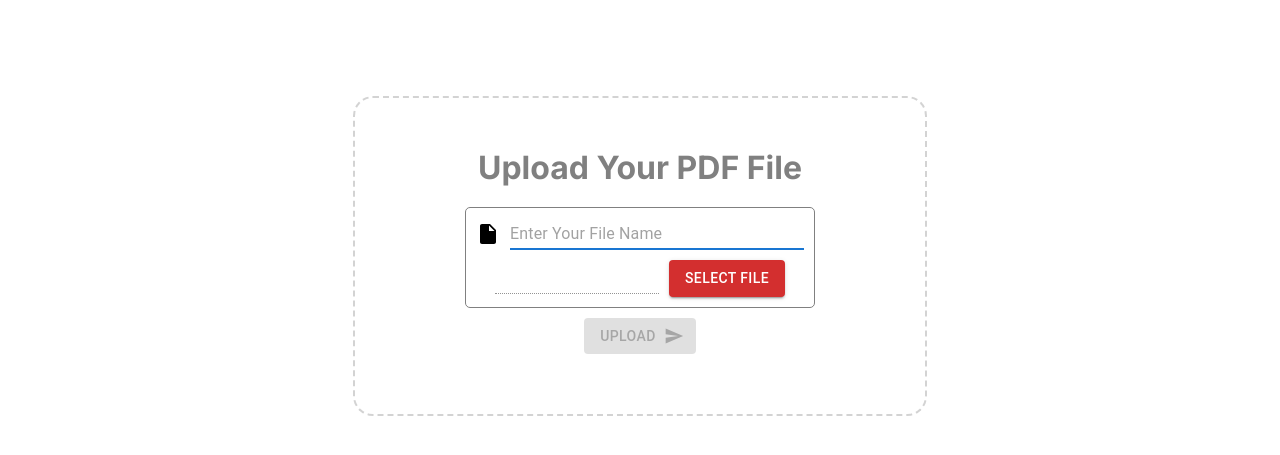
Repository: BhushanPatil-121/pdf-upload-nextjs
Page: /
The author's editor kept a copy of each file at every save. The page is drawn from the files as they stood at one save, then again after the next save.
The browser window is 1280 px wide. The pictures show the whole page.
The project was rebuilt for these pictures with package versions that can differ from the ones it lists, and the page was loaded fresh each time. The framework's server and built-in components were replaced by stand-ins that run in the browser. Also part of the build but not shown: next.config.mjs.

Above is the page before, as saved 2024-02-29 11:10:05.

After the next save:
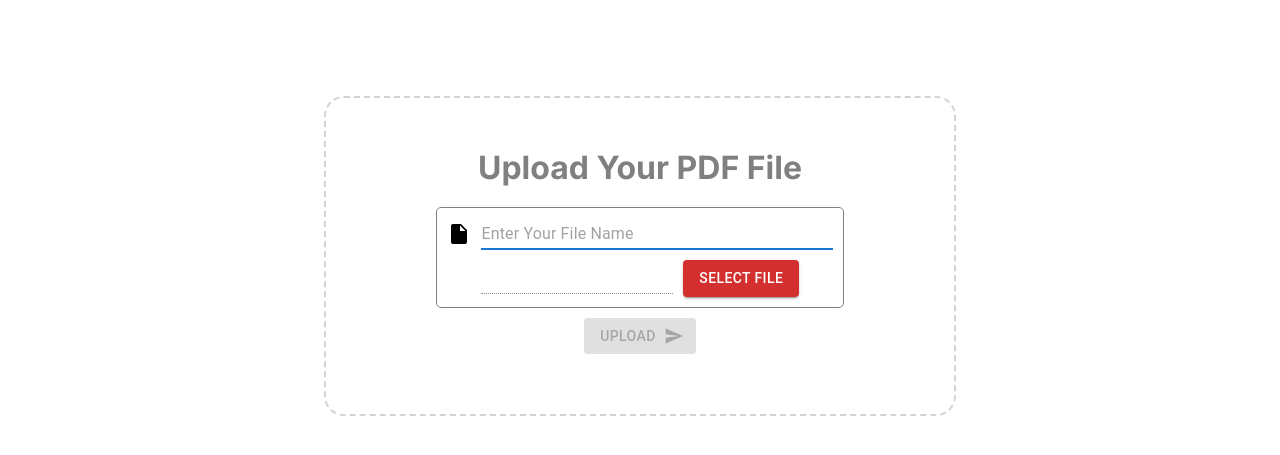
Saved 4 s later.
--- a/src/app/page.module.css
+++ b/src/app/page.module.css
@@ -9,7 +9,7 @@
 }
 
 .mainContainer {
-  width: ;
+  width: 58%;
   display: flex;
   flex-direction: column;
   justify-content: center;
